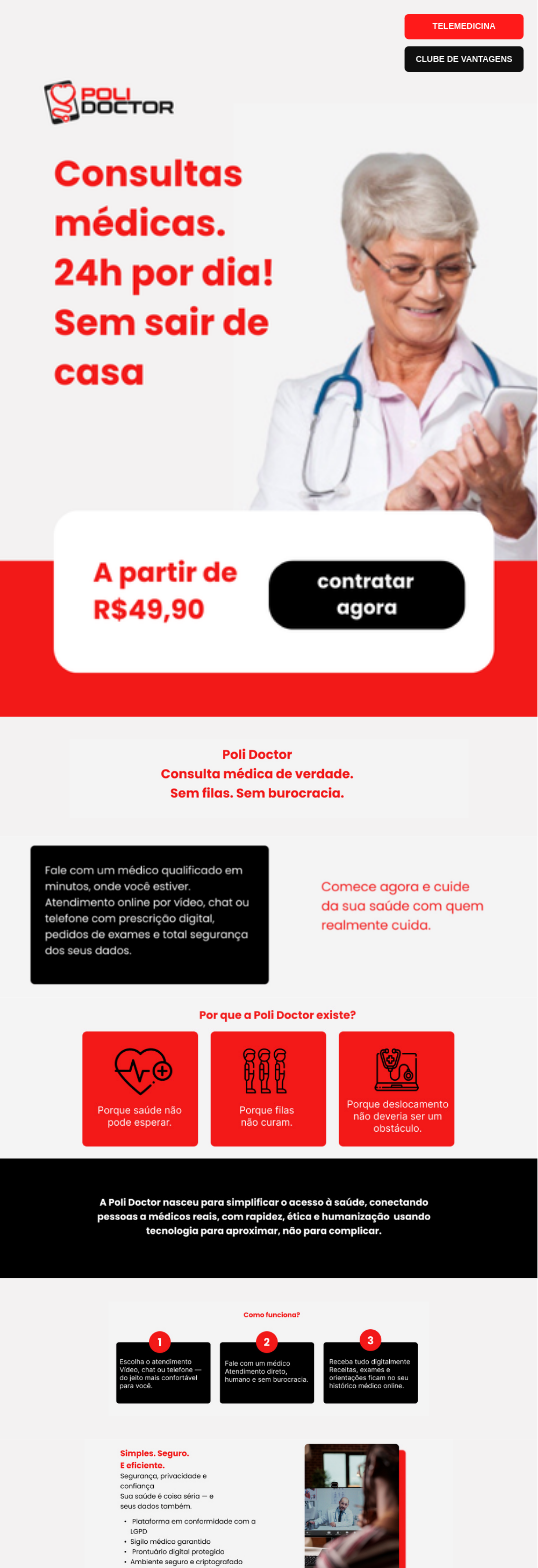
Repository: RenSkywalker/poli-doctor-landing
Page: index.html
An editor plug-in stored every save of this project. The page is shown before and after the next save, followed by the edit.
The browser window is 768 px wide. The pictures show the part of the page from y = 0 to 2240 px (the page is 3416 px tall), at 70% of full size.

Above is the page before, as saved 2026-02-12 01:53:02.

### index.html
<!DOCTYPE html>
<html lang="pt-BR">
<head>
  <meta charset="UTF-8">
  <title>Poli Doctor | Consulta médica de verdade</title>
  <meta name="viewport" content="width=device-width, initial-scale=1.0">
  <meta name="description" content="Consulta médica de verdade. Sem filas. Sem burocracia. Atendimento humano, rápido e seguro.">

  <link rel="icon" href="favicon.ico">
  <link rel="stylesheet" href="css/style.css">
</head>

<body>

<!-- HERO -->
<header class="hero">
  <div class="container hero-wrapper">

    <!-- BOTÕES NO HERO -->
    <div class="hero-top-buttons">
      <a href="https://telemedicina.clubedoktormed.com.br/login"
         target="_blank"
         class="hero-btn telemedicina">
         TELEMEDICINA
      </a>

      <a href="https://clubedoktormed.com.br/portal/cadastro-clubes?id_clube=410&page=convenios"
         target="_blank"
         class="hero-btn clube">
         CLUBE DE VANTAGENS
      </a>
    </div>

    <picture>
      <source srcset="assets/images/mobile/hero.png" media="(max-width: 768px)">
      <img src="assets/images/blocos/hero.jpeg"
           alt="Consultas médicas 24h por dia sem sair de casa"
           class="img-bloco">
    </picture>

    <a href="https://wa.me/5511949785121?text=Ol%C3%A1%20Polidoctor%2C%20quero%20contratar%20um%20plano.%20Pode%20me%20auxiliar%20com%20as%20op%C3%A7%C3%B5es%3F"
   target="_blank"
   class="hero-btn-link"
   aria-label="Contratar agora via WhatsApp">
</a>

  </div>
</header>

<!-- HEADLINE -->
<section>
  <div class="container">
    <picture>
      <source srcset="assets/images/mobile/headline.png" media="(max-width: 768px)">
      <img src="assets/images/blocos/headline.jpeg"
           alt="Consulta médica de verdade sem filas e sem burocracia"
           class="img-bloco">
    </picture>
  </div>
</section>

<!-- BLOCO INTRO -->
<section>
  <div class="container">
    <picture>
      <source srcset="assets/images/mobile/intro-box.png" media="(max-width: 768px)">
      <img src="assets/images/blocos/intro-box.jpeg"
           alt="Fale com um médico qualificado em minutos"
           class="img-bloco">
    </picture>
  </div>
</section>

<!-- POR QUE EXISTE -->
<section>
  <div class="container">
    <picture>
      <source srcset="assets/images/mobile/porque-existe.png" media="(max-width: 768px)">
      <img src="assets/images/blocos/porque-existe.jpeg"
           alt="Por que a Poli Doctor existe"
           class="img-bloco">
    </picture>
  </div>
</section>

<section>
  <div class="container">
    <picture>
      <source srcset="assets/images/mobile/porque-texto.png" media="(max-width: 768px)">
      <img src="assets/images/blocos/porque-texto.jpeg"
           alt="A Poli Doctor nasceu para simplificar o acesso à saúde"
           class="img-bloco">
    </picture>
  </div>
</section>

<!-- COMO FUNCIONA -->
<section id="como-funciona">
  <div class="container">
    <picture>
      <source srcset="assets/images/mobile/como-funciona.png" media="(max-width: 768px)">
      <img src="assets/images/blocos/como-funciona.jpeg"
           alt="Como funciona a Poli Doctor"
           class="img-bloco">
    </picture>
  </div>
</section>

<!-- SEGURANÇA -->
<section class="seguranca">
  <div class="container">
    <picture>
      <source srcset="assets/images/mobile/seguranca.png" media="(max-width: 768px)">
      <img src="assets/images/blocos/seguranca.jpeg"
           alt="Segurança, privacidade e LGPD"
           class="img-bloco">
    </picture>
  </div>
</section>

<!-- CONTEXTO -->
<section class="imagem-contexto">
  <div class="container">
    <picture>
      <source srcset="assets/images/mobile/contexto.png" media="(max-width: 768px)">
      <img src="assets/images/blocos/contexto.jpeg"
           alt="Saúde moderna simples e acessível"
           class="img-bloco">
    </picture>
  </div>
</section>

<!-- PLANOS -->
<section id="planos" class="planos">
  <div class="container planos-wrapper">

    <picture>
      <source srcset="assets/images/mobile/planos-header.png" media="(max-width: 768px)">
      <img src="assets/images/blocos/planos-header.jpeg"
           alt="Planos Poli Doctor"
           class="img-bloco">
    </picture>

    <!-- BOTÕES -->
    <a href="https://wa.me/5511949785121?text=Ol%C3%A1%2C%20equipe%20da%20Poli%20Doctor.%0A%0ATenho%20interesse%20em%20contratar%20o%20plano%20individual%20com%20atendimento%20em%20psicologia%20e%20gostaria%20de%20receber%20mais%20informa%C3%A7%C3%B5es%20sobre%20valores%2C%20quantidade%20de%20sess%C3%B5es%20inclu%C3%ADdas%2C%20como%20funcionam%20os%20agendamentos%20e%20o%20prazo%20de%20ativa%C3%A7%C3%A3o.%0A%0ATamb%C3%A9m%20gostaria%20de%20confirmar%20se%20o%20plano%20contempla%20consultas%20m%C3%A9dicas%2C%20receitas%2C%20atestados%20e%20demais%20benef%C3%ADcios%20digitais.%0A%0APoderiam%20me%20orientar%20sobre%20as%20op%C3%A7%C3%B5es%20dispon%C3%ADveis%20e%20os%20pr%C3%B3ximos%20passos%20para%20contrata%C3%A7%C3%A3o%3F%0A%0AFico%20no%20aguardo.%20Obrigado%21"
target="_blank"
class="plano-link plano-1">
</a>
    <a href="https://wa.me/5511949785121?text=Ol%C3%A1%2C%20equipe%20da%20Poli%20Doctor.%0A%0ATenho%20interesse%20em%20contratar%20o%20plano%20Premium%20e%20gostaria%20de%20receber%20informa%C3%A7%C3%B5es%20detalhadas%20sobre%3A%0A%0A%E2%80%93%20Benef%C3%ADcios%20e%20diferenciais%20do%20plano%0A%E2%80%93%20Cobertura%20m%C3%A9dica%20e%20especialidades%20inclu%C3%ADdas%0A%E2%80%93%20Atendimento%20psicol%C3%B3gico%20%28se%20incluso%29%0A%E2%80%93%20Valores%20e%20condi%C3%A7%C3%B5es%20de%20pagamento%0A%E2%80%93%20Prazo%20de%20ativa%C3%A7%C3%A3o%0A%0APoderiam%20me%20orientar%20sobre%20as%20op%C3%A7%C3%B5es%20dispon%C3%ADveis%20e%20os%20pr%C3%B3ximos%20passos%20para%20contrata%C3%A7%C3%A3o%3F%0A%0AFico%20no%20aguardo.%20Obrigado%21"
target="_blank"
class="plano-link plano-2">
</a>
    <a href="https://wa.me/5511949785121?text=Ol%C3%A1%2C%20equipe%20da%20Poli%20Doctor.%0A%0ATenho%20interesse%20em%20contratar%20o%20plano%20fam%C3%ADlia%20de%20telemedicina%20e%20gostaria%20de%20entender%20melhor%20como%20funciona%20a%20cobertura%20para%20dependentes%2C%20valores%2C%20benef%C3%ADcios%20inclu%C3%ADdos%20%28consultas%2C%20receitas%2C%20atestados%20e%20encaminhamentos%29%20e%20prazo%20de%20ativa%C3%A7%C3%A3o.%0A%0APoderiam%20me%20orientar%20sobre%20as%20op%C3%A7%C3%B5es%20dispon%C3%ADveis%20e%20os%20pr%C3%B3ximos%20passos%20para%20contrata%C3%A7%C3%A3o%3F%0A%0AFico%20no%20aguardo.%20Obrigado%21"
target="_blank"
class="plano-link plano-3">
</a>

    <a href="https://wa.me/5511949785121?text=Ol%C3%A1%2C%20equipe%20da%20Poli%20Doctor.%0A%0ATenho%20interesse%20em%20contratar%20o%20plano%20individual%20com%20atendimento%20em%20psicologia%20e%20gostaria%20de%20receber%20mais%20informa%C3%A7%C3%B5es%20sobre%20valores%2C%20quantidade%20de%20sess%C3%B5es%20inclu%C3%ADdas%2C%20como%20funcionam%20os%20agendamentos%20e%20o%20prazo%20de%20ativa%C3%A7%C3%A3o.%0A%0ATamb%C3%A9m%20gostaria%20de%20confirmar%20se%20o%20plano%20contempla%20consultas%20m%C3%A9dicas%2C%20receitas%2C%20atestados%20e%20demais%20benef%C3%ADcios%20digitais.%0A%0APoderiam%20me%20orientar%20sobre%20as%20op%C3%A7%C3%B5es%20dispon%C3%ADveis%20e%20os%20pr%C3%B3ximos%20passos%20para%20contrata%C3%A7%C3%A3o%3F%0A%0AFico%20no%20aguardo.%20Obrigado%21"
target="_blank"
class="plano-link plano-5">
</a>
    <a href="https://wa.me/5511949785121?text=Ol%C3%A1%2C%20equipe%20da%20Poli%20Doctor.%0A%0ATenho%20interesse%20em%20contratar%20o%20plano%20Premium%20e%20gostaria%20de%20receber%20informa%C3%A7%C3%B5es%20detalhadas%20sobre%3A%0A%0A%E2%80%93%20Benef%C3%ADcios%20e%20diferenciais%20do%20plano%0A%E2%80%93%20Cobertura%20m%C3%A9dica%20e%20especialidades%20inclu%C3%ADdas%0A%E2%80%93%20Atendimento%20psicol%C3%B3gico%20%28se%20incluso%29%0A%E2%80%93%20Valores%20e%20condi%C3%A7%C3%B5es%20de%20pagamento%0A%E2%80%93%20Prazo%20de%20ativa%C3%A7%C3%A3o%0A%0APoderiam%20me%20orientar%20sobre%20as%20op%C3%A7%C3%B5es%20dispon%C3%ADveis%20e%20os%20pr%C3%B3ximos%20passos%20para%20contrata%C3%A7%C3%A3o%3F%0A%0AFico%20no%20aguardo.%20Obrigado%21"
target="_blank"
class="plano-link plano-6">
</a>
    <a href="https://wa.me/5511949785121?text=Ol%C3%A1%2C%20equipe%20da%20Poli%20Doctor.%0A%0ATenho%20interesse%20em%20contratar%20o%20plano%20fam%C3%ADlia%20de%20telemedicina%20e%20gostaria%20de%20entender%20melhor%20como%20funciona%20a%20cobertura%20para%20dependentes%2C%20valores%2C%20benef%C3%ADcios%20inclu%C3%ADdos%20%28consultas%2C%20receitas%2C%20atestados%20e%20encaminhamentos%29%20e%20prazo%20de%20ativa%C3%A7%C3%A3o.%0A%0APoderiam%20me%20orientar%20sobre%20as%20op%C3%A7%C3%B5es%20dispon%C3%ADveis%20e%20os%20pr%C3%B3ximos%20passos%20para%20contrata%C3%A7%C3%A3o%3F%0A%0AFico%20no%20aguardo.%20Obrigado%21"
target="_blank"
class="plano-link plano-7">
</a>
    <a href="https://wa.me/5511949785121?text=Ol%C3%A1%2C%20equipe%20da%20Poli%20Doctor.%0A%0ATenho%20interesse%20em%20contratar%20o%20plano%20fam%C3%ADlia%20com%20atendimento%20em%20psicologia%20e%20gostaria%20de%20receber%20mais%20informa%C3%A7%C3%B5es%20sobre%3A%0A%0A%E2%80%93%20Valores%20e%20n%C3%BAmero%20de%20dependentes%20inclusos%0A%E2%80%93%20Quantidade%20de%20sess%C3%B5es%20de%20psicologia%20por%20pessoa%0A%E2%80%93%20Cobertura%20m%C3%A9dica%20%28consultas%2C%20receitas%2C%20atestados%20e%20encaminhamentos%29%0A%E2%80%93%20Prazo%20e%20forma%20de%20ativa%C3%A7%C3%A3o%0A%0APoderiam%20me%20orientar%20sobre%20as%20op%C3%A7%C3%B5es%20dispon%C3%ADveis%20e%20os%20pr%C3%B3ximos%20passos%20para%20contrata%C3%A7%C3%A3o%3F%0A%0AFico%20no%20aguardo.%20Obrigado%21"
target="_blank"
class="plano-link plano-4">
</a>

  </div>
</section>

<!-- CTA FINAL -->
<section class="cta-final">
  <div class="container">
    <picture>
      <source srcset="assets/images/mobile/cta-final.png" media="(max-width: 768px)">
      <img src="assets/images/blocos/cta-final.jpeg"
           alt="Sua saúde não pode esperar"
           class="img-bloco">
    </picture>
  </div>
</section>

<section class="cta-final">
  <div class="container cta2-wrapper">

    <picture>
      <source srcset="assets/images/mobile/cta-final2.png" media="(max-width: 768px)">
      <img src="assets/images/blocos/cta-final2.jpeg"
           alt="Contratar agora"
           class="img-bloco">
    </picture>

    <a href="https://wa.me/5511949785121?text=Ol%C3%A1%20Polidoctor%2C%20quero%20contratar%20um%20plano.%20Pode%20me%20auxiliar%20com%20as%20op%C3%A7%C3%B5es%3F"
   target="_blank"
   class="cta-btn-link"
   aria-label="Contratar agora via WhatsApp">
</a>

  </div>
</section>

<!-- FOOTER -->
<footer>
  <img src="assets/images/logo-principal.png" alt="Poli Doctor" class="logo-footer">

  <p>
    © 2026 Poli Doctor. Todos os direitos reservados.
    Desenvolvido por
    <a href="https://renancursi79.wixsite.com/infinitx" target="_blank">Infinitx</a>
  </p>

  <a href="politica-de-privacidade.html">Política de Privacidade</a> |
  <a href="termos-de-uso.html">Termos de Uso</a>

  <small>Este serviço não substitui atendimento presencial em casos de emergência.</small>
</footer>

<script src="js/main.js"></script>
</body>
</html>

### css/style.css
html {
  scroll-behavior: smooth;
}

:root {
  --vermelho: #ff1a1a;
  --preto: #0f0f0f;
  --cinza-escuro: #1c1c1c;
  --cinza-claro: #fafafa;
  --branco: #ffffff;
}

/* RESET */
* {
  margin: 0;
  padding: 0;
  box-sizing: border-box;
  font-family: Arial, Helvetica, sans-serif;
}

body {
  background: var(--branco);
  color: var(--preto);
  line-height: 1.7;
  position: relative;
}

/* CONTAINER */
.container {
  max-width: none;
  padding: 0;
}

/* ================= HERO =================
.hero {
  background: var(--preto);
  color: var(--branco);
  text-align: center;
  position: relative;
}

.logo-topo {
  max-width: 240px;
  margin-bottom: 35px;
}

.hero h1 {
  font-size: 2.7rem;
  margin-bottom: 20px;
}

.hero p {
  max-width: 820px;
  margin: 0 auto 20px;
  font-size: 1.1rem;
  line-height: 1.8;
}
  */

/* BOTÕES */
.hero-buttons {
  display: flex;
  justify-content: center;
  gap: 18px;
  margin-top: 35px;
}

.btn {
  padding: 15px 30px;
  border-radius: 8px;
  font-weight: bold;
  text-decoration: none;
  transition: 0.3s;
  margin-top: 20px;
}

.primary {
  background: var(--vermelho);
  color: var(--branco);
}

.primary:hover {
  transform: translateY(-2px);
  opacity: 0.9;
}

.outline {
  border: 2px solid var(--branco);
  color: var(--branco);
}


.imagem-grid {
  display: grid;
  grid-template-columns: repeat(auto-fit, minmax(280px, 1fr));
  gap: 30px;
  align-items: center;
}

.imagem-grid img {
  border-radius: 14px;
  box-shadow: 0 15px 40px rgba(0,0,0,0.1);
  width: 100%;
  max-height: 360px;
  object-fit: cover;
}

.img-medico {
  width: 60%;
  justify-self: center;
}

.img-telemedicina {
  width: 100%;
  justify-self: center;
}

/* ================= SEÇÕES GERAIS ================= */
section p {
  max-width: 850px;
  margin: 0 auto 12px;
  font-size: 1.25rem;
  color: #222;
  text-align: center;
  font-weight: 400;
}

.text-destaque {
  font-size: 1.15rem;
  font-weight: bold;
  margin: 30px 0;
  text-align: center;
}

/* TÍTULOS */
h2 {
  text-align: center;
  margin-bottom: 25px;
  font-size: 2.1rem;
}

h3 {
  margin-bottom: 10px;
}

/* ================= BENEFÍCIOS =================
.beneficios {
  background: #ffffff;
  border-top: 1px solid #ffffff;
  border-bottom: 1px solid #ffffff;
}

.beneficios ul {
  list-style: none;
  text-align: center;
}

.beneficios li {
  margin-bottom: 10px;
  font-weight: 500;
}
  */

/* ================= LISTAS ================= */
ul {
  margin: 25px 0;
  padding: 0;
}

li {
  margin-bottom: 8px;
}

/* ================= COMO FUNCIONA ================= */
.steps {
  display: flex;
  justify-content: space-around;
  gap: 30px;
}

.step {
  text-align: center;
}

.step span {
  background: var(--vermelho);
  color: var(--branco);
  width: 45px;
  height: 45px;
  display: inline-flex;
  align-items: center;
  justify-content: center;
  border-radius: 50%;
  margin-bottom: 10px;
  font-weight: bold;
}

/* ================= SEGURANÇA =================
.seguranca ul {
  list-style: none;
  text-align: center;
}

.seguranca li {
  margin-bottom: 10px;
}

.imagem-contexto {
  background: #ffffff;
  border-top: 1px solid #ffffff;
  border-bottom: 1px solid #ffffff;
}

.imagem-contexto-grid {
  display: grid;
  grid-template-columns: 1fr 1fr;
  gap: 40px;
  align-items: center;
}

.imagem-contexto img {
  width: 100%;
  border-radius: 14px;
  box-shadow: 0 15px 40px rgba(0,0,0,0.12);
}
  */

/* ================= PLANOS ================= */
.plano {
  border: 2px solid var(--vermelho);
  border-radius: 14px;
  padding: 40px 30px;
  text-align: center;
  background: var(--branco);
  margin: 40px 0;
  transition: 0.3s;
}

.plano:hover {
  transform: translateY(-4px);
}

.plano.destaque {
  border: 2px solid var(--vermelho);
}

.preco {
  font-size: 1.7rem;
  color: var(--vermelho);
  margin: 20px 0;
}

.preco-antigo {
  display: block;
  font-size: 1rem;
  color: #999;
  text-decoration: line-through;
  margin-top: 5px;
}

.plano ul {
  list-style: none;
  margin-bottom: 20px;
}

.plano .btn {
  width: 100%;
  margin-top: 30px;
}

.plano p {
  margin-bottom: 18px;
}


/* ================= TABELA ================= */
table {
  width: 100%;
  border-collapse: collapse;
  margin-top: 35px;
  font-size: 0.95rem;
}

table th {
  background: var(--preto);
  color: var(--branco);
  padding: 14px;
}

table td {
  padding: 14px;
  text-align: center;
  border-bottom: 1px solid #eee;
}

table tr:nth-child(even) {
  background: #fafafa;
}

table tr:hover {
  background: #f1f1f1;
}

/* ================= CTA FINAL =================
.cta-final {
  background: var(--preto);
  color: var(--branco);
  text-align: center;
}

.cta-final p {
  margin-top: 20px;
  font-size: 1.05rem;
}

.large {
  font-size: 1.2rem;
}
  */

/* ================= FOOTER ================= */
footer {
  background: url("../assets/images/blocos/footer-bg.jpeg") center / cover no-repeat;
  color: var(--branco);
  text-align: center;
  padding: 50px 20px;
}

.logo-footer {
  max-width: 160px;
  margin-bottom: 15px;
}

footer a {
  color: var(--branco);
  margin: 0 5px;
  text-decoration: none;
}

footer small {
  display: block;
  margin-top: 12px;
  font-size: 0.85rem;
}

.tabela-wrapper {
  width: 100%;
  overflow-x: auto;
  -webkit-overflow-scrolling: touch;
  margin-top: 30px;
}

.tabela-wrapper table {
  min-width: 600px;
}

/* ================= IMAGENS DE BLOCO ================= */
.img-bloco {
  display: block;
  width: 100%;
  max-width: 100%;
  height: auto;
  margin: 0;
  border-radius: 0;
}

.hero-wrapper {
  position: relative;
}

.hero-btn-link {
  position: absolute;
  /* ajuste fino aqui */
  left: 51%;
  top: 79%;
  width: 25%;
  height: 15%;
  cursor: pointer;
}

.cta2-wrapper {
  position: relative;
}

.cta-btn-link {
  position: absolute;
  /* ajuste fino aqui */
  left: 58%;
  top: 15%;
  width: 37%;
  height: 36%;
  cursor: pointer;
}

/* ================= PLANOS - BOTÕES INVISÍVEIS ================= */

.planos-wrapper {
  position: relative;
}

.plano-link {
  position: absolute;
  cursor: pointer;
}

/* 🔴 LINHA SUPERIOR (4 planos) */
.plano-1 {
  left: 9%;
  top: 73%;
  width: 19%;
  height: 6%;
}

.plano-2 {
  left: 30%;
  top: 73%;
  width: 19%;
  height: 6%;
}

.plano-3 {
  left: 51%;
  top: 73%;
  width: 20%;
  height: 6%;
}

.plano-4 {
  left: 72%;
  top: 86%;
  width: 22%;
  height: 13%;
}

/* 🔴 LINHA INFERIOR (CTAs) */
.plano-5 {
  left: 7%;
  top: 86%;
  width: 22%;
  height: 13%;
}

.plano-6 {
  left: 30%;
  top: 85%;
  width: 20%;
  height: 14%;
}

.plano-7 {
  left: 51%;
  top: 85%;
  width: 20%;
  height: 14%;
}

html, body {
  width: 100%;
  overflow-x: hidden;
}

/* ================= BOTÕES FIXOS TOPO ================= */

/* BOTÕES NO TOPO DO HERO */
.hero-top-buttons {
  position: absolute;
  top: 20px;
  right: 20px;
  display: flex;
  flex-direction: column;
  gap: 10px;
  z-index: 10;
}

.hero-btn {
  padding: 8px 16px;
  font-size: 12px;
  font-weight: bold;
  border-radius: 6px;
  text-decoration: none;
  text-align: center;
  min-width: 160px;
}

/* CORES */
.hero-btn.telemedicina {
  background: var(--vermelho);
  color: #fff;
}

.hero-btn.clube {
  background: var(--preto);
  color: #fff;
}


/* ================= MOBILE ================= */
@media (max-width: 768px) {

 /* remove qualquer limitação de layout */
  section,
  header,
  .container,
  .imagem-contexto-grid {
    display: block !important;
    width: 100vw !important;
    max-width: 100vw !important;
    padding: 0 !important;
    margin: 0 !important;
  }

  /* TODAS as imagens crescem */
  picture,
  picture img,
  .img-bloco {
    width: 100vw !important;
    max-width: 100vw !important;
    height: auto !important;
    display: block;
  }

  .top-fixed-buttons {
  top: 10px;
  right: 10px;
}

.top-btn {
  font-size: 11px;
  padding: 8px 12px;
  min-width: 150px;
 }
}

### js/main.js
// JS simples apenas para evolução futura
console.log("Poli Doctor carregado com sucesso!");

After the next save:
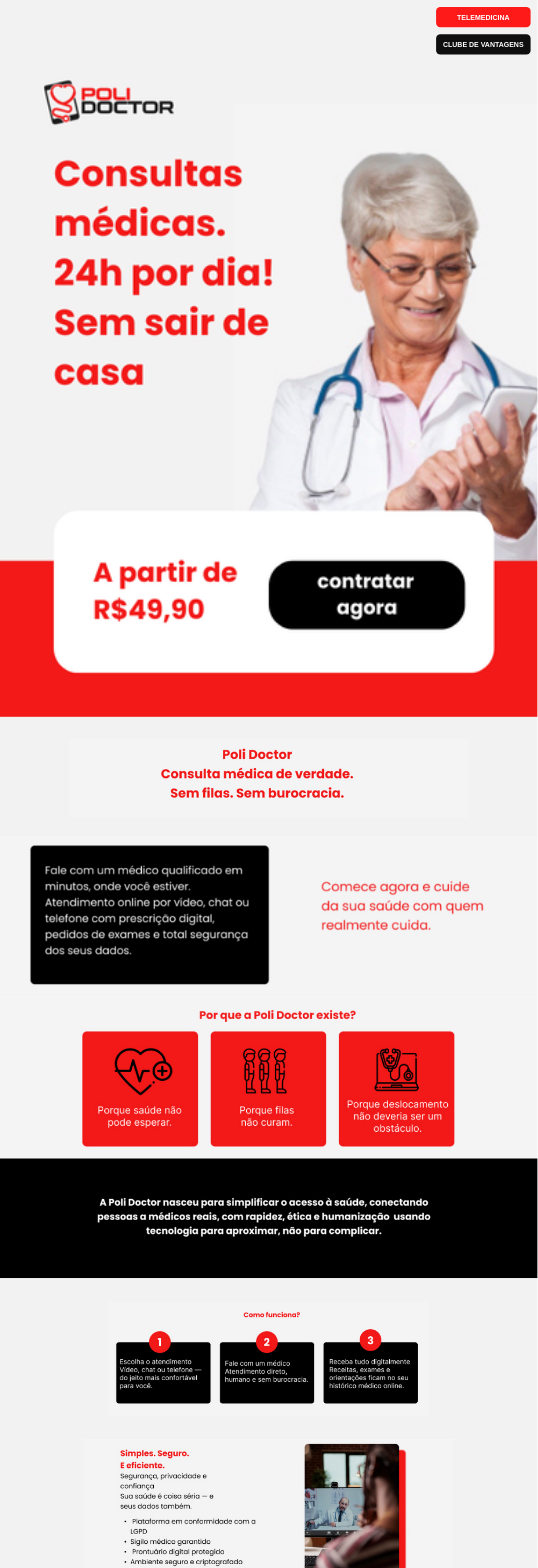
Saved 17 s later.
--- a/css/style.css
+++ b/css/style.css
@@ -519,14 +519,14 @@
     display: block;
   }
 
-  .top-fixed-buttons {
+  .hero-top-buttons {
   top: 10px;
   right: 10px;
 }
 
-.top-btn {
-  font-size: 11px;
-  padding: 8px 12px;
-  min-width: 150px;
+.hero-btn {
+  font-size: 10px;
+  padding: 6px 10px;
+  min-width: 130px;
  }
 }
